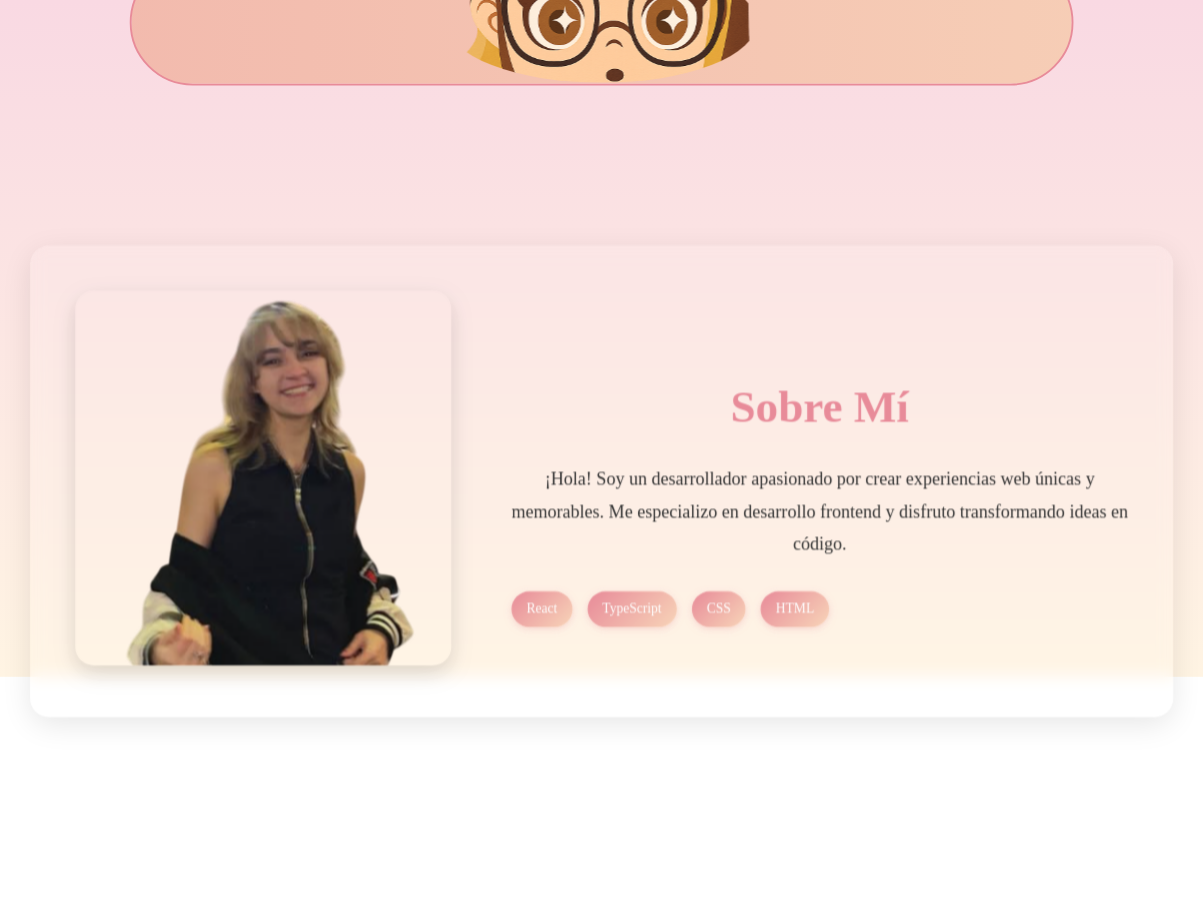
Repository: cflorido/Portafolio
Page: /
These files come from the project's save history. The page is drawn as it stood at one moment and after the next save; the edit follows.
The browser window is 1280 px wide. The pictures show the whole page, at 94% of full size.
Some web fonts or font styles are not loaded; a fallback is used. The project was rebuilt for these pictures with package versions that can differ from the ones it lists, and the page was loaded fresh each time. Also part of the build but not shown: vite.config.ts.

Above is the page before, as saved 2025-09-03 20:06:42.

### index.html
<!doctype html>
<html lang="en">
  <head>
    <meta charset="UTF-8" />
    <link rel="icon" type="image/svg+xml" href="/vite.svg" />
    <meta name="viewport" content="width=device-width, initial-scale=1.0" />
    <title>Vite + React + TS</title>
    <link rel="preconnect" href="https://fonts.googleapis.com">
    <link rel="preconnect" href="https://fonts.gstatic.com" crossorigin>
    <link href="https://fonts.googleapis.com/css2?family=Cantora+One&display=swap" rel="stylesheet">
  </head>
  <body>
    <div id="root"></div>
    <script type="module" src="/src/main.tsx"></script>
  </body>
</html>

### src/App.tsx
import './App.css';
import { useState, useEffect } from 'react';
import AboutMe from './components/AboutMe';

function App() {
  const [showHeader, setShowHeader] = useState(false);

  useEffect(() => {
    const handleScroll = () => {
      // Mostrar el header cuando el scroll es mayor a 100px
      setShowHeader(window.scrollY > 100);
    };

    window.addEventListener('scroll', handleScroll);

    // Limpieza del evento
    return () => window.removeEventListener('scroll', handleScroll);
  }, []);

  return (
    <div className="portfolio-container">
      <header className={`dynamic-header ${showHeader ? 'visible' : ''}`}>
        {/* Tu contenido actual del header */}
      </header>
        <div className="portfolio-header">

          <h1>PORTFOLIO</h1>
          <div className="subtitle">
          <span className="name">Carol Sofia Florido </span>
          <span className="separator"></span>
          <span className="role">Software Developer</span>
          </div>
        </div>
      <main>
      <div className="avatar-stage">
        <div className="avatar-stars"></div>
        <div className="avatar-pill"></div>
        <img className="avatar" src="public/ilustracion.png" alt="Avatar" />
      </div>
      </main>
      <AboutMe />
      <footer></footer>
    </div>
  );
}

export default App;

### src/App.css
@font-face {
  font-family: 'Toboggan';
  src: url('/Toboggan OTF/Toboggan-MediumItalic.otf') format('opentype');
  font-weight: 300;
  font-style: normal;
}

:root {
    --sync-gradient: linear-gradient(270deg,  #f8d5b9, #e88b99);
}

body {
    margin: 0;
    font-family: 'Playfair Display', serif;
    background: linear-gradient(to bottom, #f9d9e3, #fff4e3);
    color: #d94f70;
    display: flex;
    justify-content: center;
    align-items: center;
    height: 100vh;
    user-select: none;
}

.portfolio-container {
    text-align: center;
}

h1 {
  user-select: none;
  font-family: 'Toboggan', sans-serif;
  font-size: 10rem;
  font-weight: bold;
  margin: 0;

  background: var(--sync-gradient);
  background-size: 400% 400%;
  -webkit-background-clip: text;
  background-clip: text;
  animation: gradientMove 20s ease infinite;

  -webkit-text-stroke: 2px #e88b99;
  color: transparent;
}

header h2 {
    font-family: 'Toboggan';
  font-size: 1.5rem;
  font-weight: 300;
  text-align: left;
  color: #000;
  user-select: none;
  margin: 0;   /* 🔹 Elimina todos los márgenes */
}

header p {
    font-family: 'Playfair Display', serif;
    font-size: 140px;
    font-style: italic;
}

footer {
    margin-top: 30px;
    font-size: 0.9rem;
}

main {
    display: flex;
    justify-content: center;
}

.avatar-stage {
    position: relative;
    display: flex;
    justify-content: center;
    align-items: center;
    width: 90vw;
    max-width: 900px;
    margin-left: auto;
    margin-right: auto;
    border-radius: 20px;    /* Opcional: bordes redondeados */
}
/* 🔹 Estrellitas dentro del avatar-stage */
.avatar-stage::before {
  content: "";
  position: absolute;
  top: 0;
  left: 0;
  width: 100%;
  height: 100%;

  background-image:
    polygon-star(3, 6px, white),
    polygon-star(3, 8px, white),
    polygon-star(3, 5px, rgba(255,255,255,0.8));

  pointer-events: none;
}

.avatar-pill {
    position: absolute;
    z-index: 1;
    width: min(320vw, 1000px);
    height: 130px;

    /* 🔹 Usando la misma variable CSS */
    background: var(--sync-gradient);
    background-size: 400% 400%;
    border-radius: 70px;
    border: 2px solid #e88b99; /* Borde negro de 2px */
    overflow: hidden;
    animation: gradientMove 20s ease infinite;
}

/* Bolitas animadas */
.avatar-pill::before,
.avatar-pill::after {
    content: "";
    position: absolute;
    width: 200%;
    height: 200%;
    top: -50%;
    left: -50%;
    background-image: radial-gradient(circle 6px, rgba(255,255,255,0.8) 70%, transparent 100%),
                      radial-gradient(circle 10px, rgba(255,200,230,0.6) 70%, transparent 100%),
                      radial-gradient(circle 8px, rgba(255,180,210,0.5) 70%, transparent 100%),
                      radial-gradient(circle 12px, rgba(255,220,240,0.4) 70%, transparent 100%);
    background-repeat: repeat;
    animation: floatBalls 60s linear infinite;
}

.avatar-pill::after {
    animation-duration: 90s;
    opacity: 0.7;
}

/* 🔹 Animación sincronizada para ambos elementos */
@keyframes gradientMove {
    0% { background-position: 0% 50%; }
    50% { background-position: 100% 50%; }
    100% { background-position: 0% 50%; }
}

@keyframes floatBalls {
    from { transform: translate(0, 0); }
    to   { transform: translate(200px, 200px); }
}

.avatar {
    position: relative;
    z-index: 2;
    width: 330px;
    border-radius: 80%;
    display: block;
    margin: auto;
}

/* 🔹 Clase auxiliar por si quieres aplicar el gradiente a otros elementos */
.sync-gradient {
    background: var(--sync-gradient);
    background-size: 400% 400%;
    animation: gradientMove 40s ease infinite;
}


.subtitle {
  font-family: 'Toboggan';
  display: flex;
  gap: 10px;
  font-size: 1.2rem;
  color: #e88b99;
  justify-content: flex-start; /* Alinea el contenido a la izquierda */
  width: 100%;                /* Ocupa todo el ancho disponible */
  text-align: left;           /* Alinea el texto a la izquierda */
}

.subtitle .name {
  font-weight: bold;
}

.subtitle .role {
  border: 2px solid #e88b99;
  border-radius: 15px;
  padding: 2px 10px;
  font-size: 0.9rem;
}
/* Contenedor de estrellitas */
.stars {
  position: absolute;
  top: 0;
  left: 0;
  width: 100%;
  height: 100%;
  pointer-events: none; /* Que no interfieran */
  overflow: hidden;
  z-index: 0;
}

/* Cada estrella */
.star {
  position: absolute;
  width: 0;
  height: 0;
  border-left: 6px solid transparent;
  border-right: 6px solid transparent;
  border-bottom: 12px solid white;
  transform: rotate(0deg);
  opacity: 0.9;
  animation: twinkle 4s infinite ease-in-out;
}

/* Animación de brillo */
@keyframes twinkle {
  0%, 100% { opacity: 0.9; transform: scale(1) rotate(0deg); }
  50% { opacity: 0.3; transform: scale(1.3) rotate(10deg); }
}
.separator {
  display: inline-block;
  width: 2px;
  height: 28px;  /* Más largo verticalmente */
  background-color: #e88b99;
  margin: 0 10px;
}

.dynamic-header {
  position: fixed;
  top: 0;
  left: 0;
  width: 100%;
  background: rgba(255, 255, 255, 0.9);
  backdrop-filter: blur(8px);
  transform: translateY(-100%);
  transition: transform 0.3s ease;
  z-index: 1000;
  padding: 1rem 0;
}

.dynamic-header.visible {
  transform: translateY(0);
}

### src/components/AboutMe.tsx
import React from 'react';
import './AboutMe.css';

const AboutMe = () => {
  return (
    <section className="about-section">
      <div className="about-content">
        <div className="about-image">
          <img src="/yo.png" alt="Foto personal" />
        </div>
        <div className="about-text">
          <h2>Sobre Mí</h2>
          <p>¡Hola! Soy un desarrollador apasionado por crear experiencias web únicas y memorables. Me especializo en desarrollo frontend y disfruto transformando ideas en código.</p>
          <div className="skills">
            <span className="skill-tag">React</span>
            <span className="skill-tag">TypeScript</span>
            <span className="skill-tag">CSS</span>
            <span className="skill-tag">HTML</span>
          </div>
        </div>
      </div>
    </section>
  );
};

export default AboutMe;

### src/components/AboutMe.css
.about-section {
  min-height: 100vh;
  display: flex;
  align-items: center;
  justify-content: center;
  padding: 4rem 2rem;
}

.about-content {
  display: flex;
  max-width: 1200px;
  gap: 4rem;
  align-items: center;
  background: rgba(255, 255, 255, 0.1);
  padding: 3rem;
  border-radius: 20px;
  box-shadow: 0 8px 32px rgba(0, 0, 0, 0.1);
  backdrop-filter: blur(8px);
}

.about-image {
  flex: 0 0 400px;
}

.about-image img {
  width: 100%;
  height: auto;
  border-radius: 20px;
  box-shadow: 0 8px 24px rgba(0, 0, 0, 0.15);
  transition: transform 0.3s ease;
}

.about-image img:hover {
  transform: scale(1.02);
}

.about-text {
  flex: 1;
}

.about-text h2 {
  font-size: 3rem;
  margin-bottom: 1.5rem;
  color: #e88b99;
  font-family: 'Cinzel Decorative', serif;
}

.about-text p {
  font-size: 1.2rem;
  line-height: 1.8;
  margin-bottom: 2rem;
  color: #333;
}

.skills {
  display: flex;
  flex-wrap: wrap;
  gap: 1rem;
}

.skill-tag {
  background: linear-gradient(135deg, #e88b99, #f8d5b9);
  color: white;
  padding: 0.5rem 1rem;
  border-radius: 20px;
  font-size: 0.9rem;
  font-weight: 500;
  box-shadow: 0 2px 8px rgba(232, 139, 153, 0.3);
}

@media (max-width: 768px) {
  .about-content {
    flex-direction: column;
    text-align: center;
  }

  .about-image {
    flex: 0 0 auto;
    width: 100%;
    max-width: 300px;
  }
}

Loaded but not shown: src/main.tsx (common file); src/index.css (common file)

After the next save:
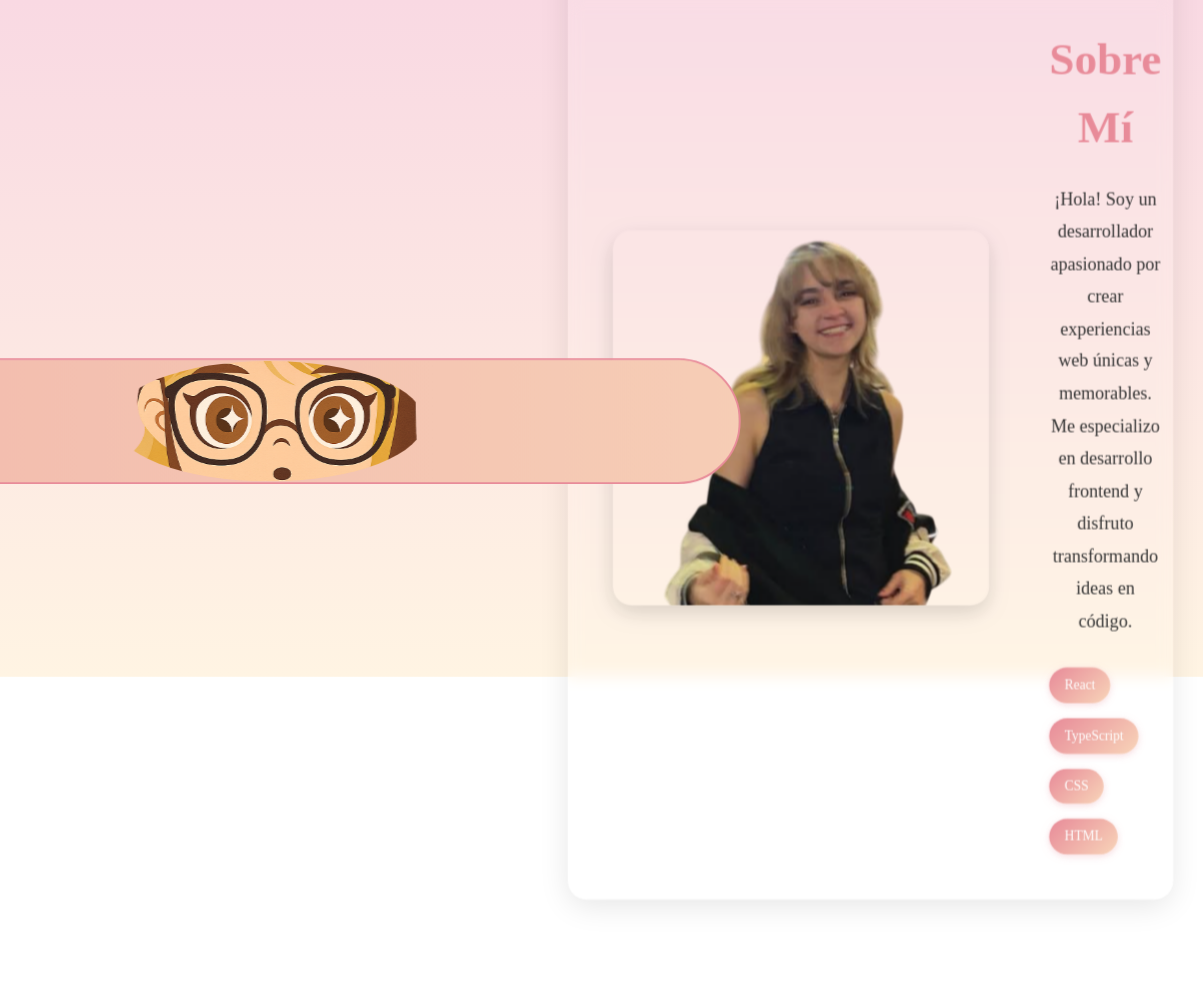
Saved 12 s later.
--- a/src/App.tsx
+++ b/src/App.tsx
@@ -37,8 +37,10 @@
         <div className="avatar-pill"></div>
         <img className="avatar" src="public/ilustracion.png" alt="Avatar" />
       </div>
+
+      <AboutMe />
       </main>
-      <AboutMe />
+
       <footer></footer>
     </div>
   );
